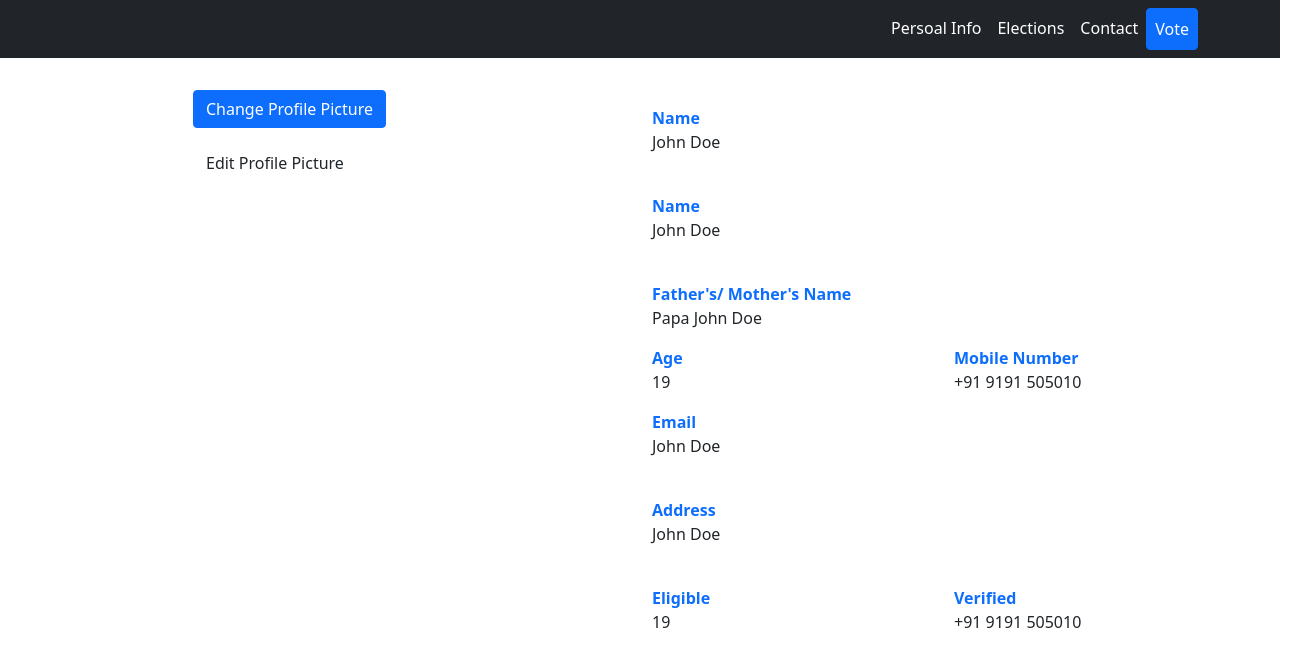
Repository: DavidManiIbrahim/Voting-app
Page: profile.html
An editor plug-in stored every save of this project. The page is shown before and after the next save, followed by the edit.
The browser window is 1280 px wide. The page is 1292 px wide, so the pictures cover 1292 px, including what lies to the right of the window. The pictures show the whole page.

Above is the page before, as saved 2025-01-20 05:09:27.

### profile.html
<!DOCTYPE html>
<html lang="en">
<head>
    <meta charset="UTF-8">
    <meta name="viewport" content="width=device-width, initial-scale=1.0">
    <title>Document</title>
    <link rel="stylesheet" href="./bootstrap.css">
</head>
<body>

<!-- NavBar -->

<nav class="navbar navbar-expand-lg bg-dark text-white">
    <div class="container">
      <!-- <a href="#" class="navbar-brand text-white">Voting App</a> -->

      <button
        class="navbar-toggler bg-primary ms-auto"
        data-bs-target="#navmenu"
        data-bs-toggle="collapse"
      >
        <span class="navbar-toggler-icon "></span>
      </button>
      <div class="collapse navbar-collapse" id="navmenu">
        <ul class="navbar-nav ms-auto text-center">
          <li class="nav-link active text-white">Persoal Info</li>
          <li class="nav-link text-white">Elections</li>
          <li class="nav-link text-white">Contact</li>
          <a href="./vote.html" class="nav-link btn btn-primary text-white"
            >Vote</a
          >
        </ul>
      </div>
    </div>
  </nav>

  <!-- user info -->
<div class="row">
    <div class="col-md">
        <div class="container">
            <!-- <img src="./unsplash_LA1VawaCjjI.svg" alt="" class="img-fluid rounded-circle"> -->
        </div>
        <div class="buttons m-auto border-1 w-50 ps-5 mt-3 p-3 justify-content-center">
            <button class="btn btn-primary ">Change Profile Picture</button><br>
            <button class="btn mt-3">Edit Profile Picture</button>

        </div>
    </div>

    <!-- Content -->

    <div class="col-md m-5 ">
        <div class="content list-unstyled">
<ul class="list-unstyled">
    <li class="text-primary fw-bold">Name</li>
    <span>John Doe</span>
</ul>
<br>
<ul class="list-unstyled">
    <li class="text-primary fw-bold">Name</li>
    <span>John Doe</span>
</ul>
<br>
<ul class="list-unstyled">
    <li class="text-primary fw-bold">Father's/ Mother's Name</li>
    <span>Papa John Doe</span>
</ul>
<div class="row">
    <ul class="col-md list-unstyled">
        <li class="text-primary fw-bold">Age</li>
        <span>19</span>
    </ul>
    <br>
    <ul class="col-md list-unstyled">
        <li class="text-primary fw-bold">Mobile Number</li>
        <span>+91 9191 505010</span>
    </ul>
    <br>
</div>
<ul class="list-unstyled">
    <li class="text-primary fw-bold">Email</li>
    <span>John Doe</span>
</ul>
<br>
<ul class="list-unstyled">
    <li class="text-primary fw-bold">Address</li>
    <span>John Doe</span>
</ul>
<br>
<div class="row">
    <ul class="col-md list-unstyled">
        <li class="text-primary fw-bold">Eligible</li>
        <span>19</span>
    </ul>
    <br>
    <ul class="col-md list-unstyled">
        <li class="text-primary fw-bold">Verified</li>
        <span>+91 9191 505010</span>
    </ul>
    <br>
</div>
        </div>
    </div>
</div>












<script src="./bootstrap.min.js"></script>
</body>
</html>

Loaded but not shown: bootstrap.css (library); bootstrap.min.js (library)

After the next save:
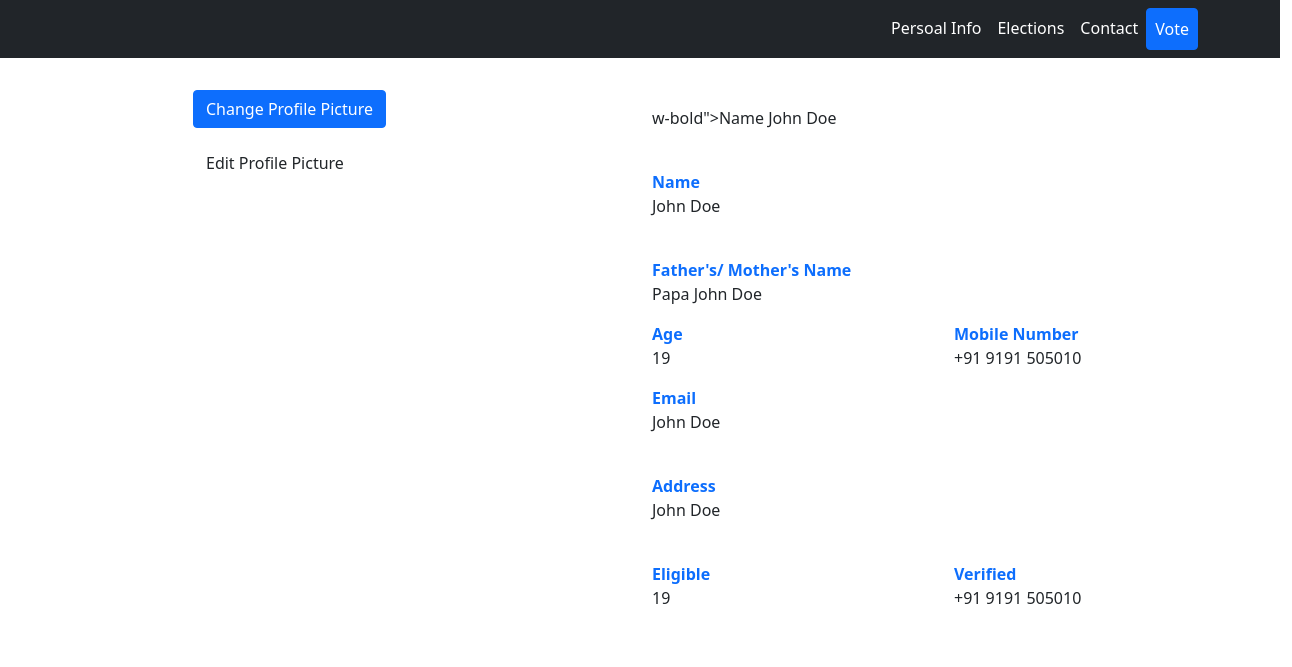
Saved 31 s later.
--- a/profile.html
+++ b/profile.html
@@ -52,7 +52,7 @@
     <div class="col-md m-5 ">
         <div class="content list-unstyled">
 <ul class="list-unstyled">
-    <li class="text-primary fw-bold">Name</li>
+        w-bold">Name</li>
     <span>John Doe</span>
 </ul>
 <br>

After the save that followed:
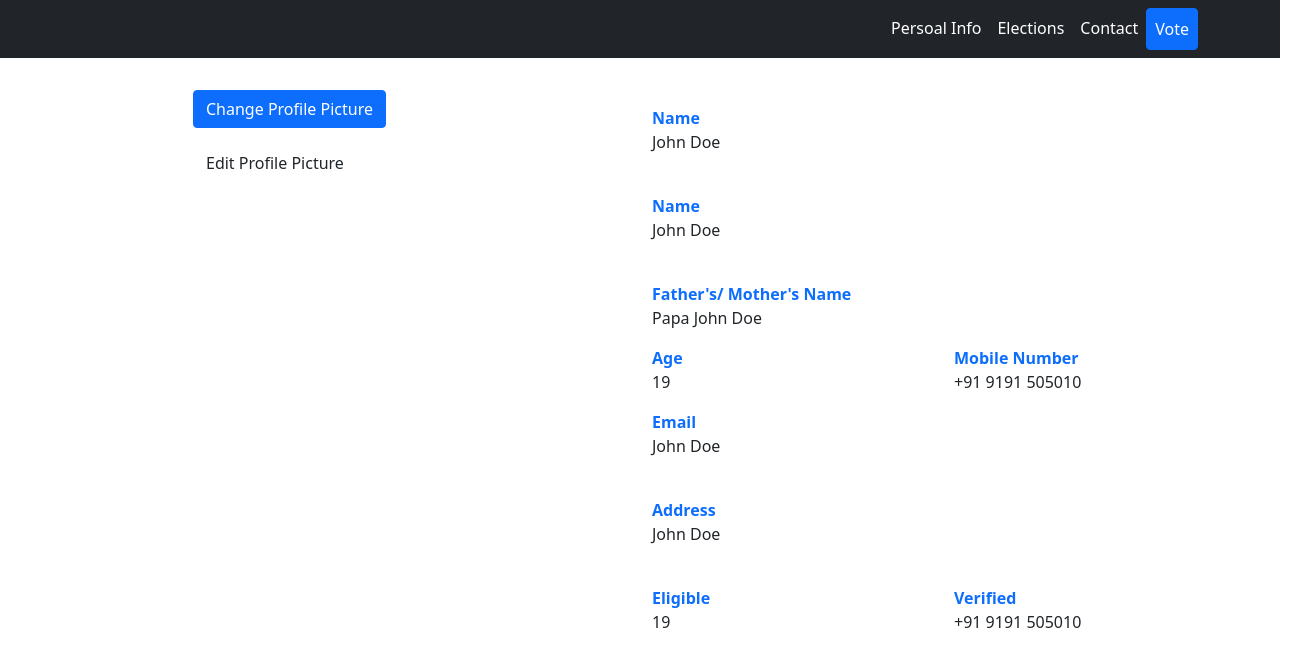
Saved 4 s later.
--- a/profile.html
+++ b/profile.html
@@ -52,7 +52,7 @@
     <div class="col-md m-5 ">
         <div class="content list-unstyled">
 <ul class="list-unstyled">
-        w-bold">Name</li>
+    <li class="text-primary fw-bold">Name</li>
     <span>John Doe</span>
 </ul>
 <br>
